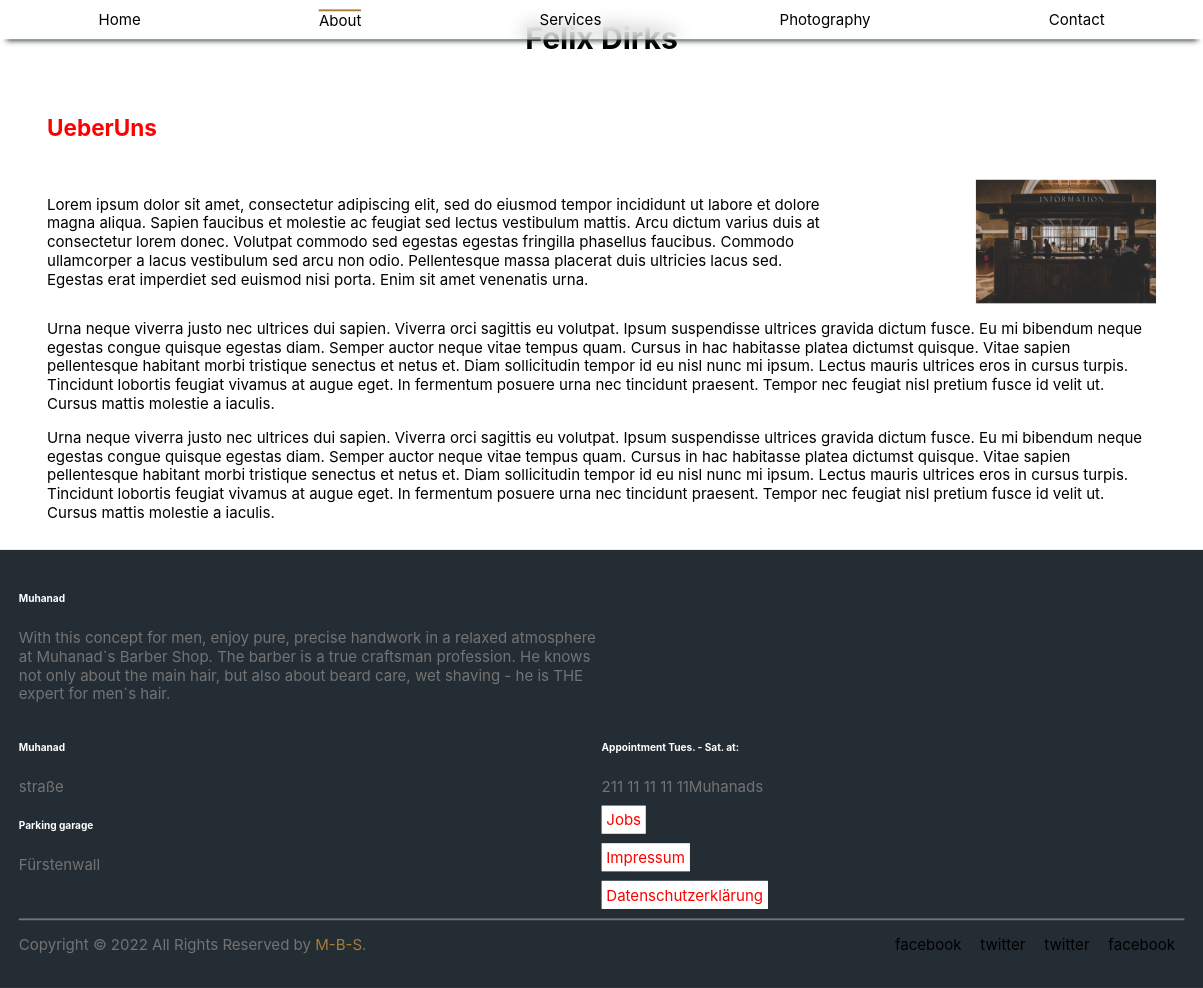
Repository: muhanad-musawi/backend-projekt-frondend
Page: /About (app in pohtographer/)
An editor plug-in stored every save of this project. The page is shown before and after a run of saves, followed by the edit.
The browser window is 1280 px wide. The pictures show the whole page, at 94% of full size.
The project was rebuilt for these pictures with package versions that can differ from the ones it lists, and the page was loaded fresh each time. The framework's server and built-in components were replaced by stand-ins that run in the browser. Also part of the build but not shown: pohtographer/next.config.js.

Above is the page before, as saved 2022-03-27 15:50:12.

### pohtographer/pages/_app.js
import '../styles/globals.css'
import Layout from '../layouts/default'

function MyApp({ Component, pageProps }) {


  const getLayout = Component.getLayout
  || ((page) => (<Layout>{page}</Layout>))

  return  getLayout (<Component {...pageProps} />


  )

}

export default MyApp

### pohtographer/pages/About.jsx

import styles from '../styles/main.module.css'
import Image from 'next/image'
import imgA from '../img/philip-strong-iOBTE2xsYko-unsplash.jpg'


function UeberUns() {
  return (
    <div>

    <div className={styles.mainContent}  >

    <h2 className={styles.hTwo} >UeberUns</h2>

    <div  className={styles.imgText} >
    <p className={styles.text} >Lorem ipsum dolor sit amet, consectetur adipiscing elit, sed do eiusmod tempor incididunt ut labore et dolore magna aliqua. Sapien faucibus et molestie ac feugiat sed lectus vestibulum mattis. Arcu dictum varius duis at consectetur lorem donec. Volutpat commodo sed egestas egestas fringilla phasellus faucibus. Commodo ullamcorper a lacus vestibulum sed arcu non odio. Pellentesque massa placerat duis ultricies lacus sed. Egestas erat imperdiet sed euismod nisi porta. Enim sit amet venenatis urna.
    </p>
    <Image width={192}  height={118} src={imgA} alt="" />
    </div>

    <p  className={styles.text}>Urna neque viverra justo nec ultrices dui sapien. Viverra orci sagittis eu volutpat. Ipsum suspendisse ultrices gravida dictum fusce. Eu mi bibendum neque egestas congue quisque egestas diam. Semper auctor neque vitae tempus quam. Cursus in hac habitasse platea dictumst quisque. Vitae sapien pellentesque habitant morbi tristique senectus et netus et. Diam sollicitudin tempor id eu nisl nunc mi ipsum. Lectus mauris ultrices eros in cursus turpis. Tincidunt lobortis feugiat vivamus at augue eget. In fermentum posuere urna nec tincidunt praesent. Tempor nec feugiat nisl pretium fusce id velit ut. Cursus mattis molestie a iaculis.</p>

    <p className={styles.text}>
    Urna neque viverra justo nec ultrices dui sapien. Viverra orci sagittis eu volutpat. Ipsum suspendisse ultrices gravida dictum fusce. Eu mi bibendum neque egestas congue quisque egestas diam. Semper auctor neque vitae tempus quam. Cursus in hac habitasse platea dictumst quisque. Vitae sapien pellentesque habitant morbi tristique senectus et netus et. Diam sollicitudin tempor id eu nisl nunc mi ipsum. Lectus mauris ultrices eros in cursus turpis. Tincidunt lobortis feugiat vivamus at augue eget. In fermentum posuere urna nec tincidunt praesent. Tempor nec feugiat nisl pretium fusce id velit ut. Cursus mattis molestie a iaculis.
    </p>

  </div>

  </div>
  )
}

export default UeberUns

### pohtographer/styles/globals.css
html,
body {
  padding: 0;
  margin: 0;
  font-family: -apple-system, BlinkMacSystemFont, Segoe UI, Roboto, Oxygen,
    Ubuntu, Cantarell, Fira Sans, Droid Sans, Helvetica Neue, sans-serif;
}

a {
  color: inherit;
  text-decoration: none;
}

* {
  box-sizing: border-box;
}

### pohtographer/layouts/default.jsx

import Header from '../components/Header'

import Footer from '../components/Footer'
import Head from 'next/head'


function Layout ({children}) {
  return (
    <div>
       <Header/>
       <Head>
        <title>my-App</title>
        <meta name="description" content="Generated by create next app" />
        <link rel="icon" href="/favicon.ico" />
      </Head>
      {children}
      <Footer/>
    </div>
  )
}

export default Layout

### pohtographer/styles/main.module.css


.mainContent{
  margin: 30px 50px;
}

.hTwo {
  color: red;
  margin: 40px 0px;
}

.text{
  text-align: left;


}

.imgText{
  display: flex;
  justify-content: space-between;
}

.imgText p {
  width: 70%;
 }

### pohtographer/components/Header.jsx
import Link from 'next/link'
import Image from 'next/image'
import home from '../img/home.svg'
import about from '../img/about.svg'
import service from '../img/service.svg'
import experience from '../img/experience.svg'
import contact from '../img/contact.svg'

import styles from '../styles/Header.module.css'
import { useRouter } from "next/router";



function Header() {

  const router = useRouter();

  return (
    <div className={styles.navbarCenter} >
      <h1 className={styles.logoName}>Felix Dirks</h1>
    <div className={styles.headerLinks}>

        <Link href="/">
          <a className={router.pathname == "/" ? styles.active : ""}><span className={styles.desktopVersion}>Home</span>
        <span className={styles.mobileVersion}>

          <span className={styles.img}> <Image  src={home} alt="home" /></span>


        </span></a>
        </Link>

        <Link href="/About">
          <a className={router.pathname == "/About" ? styles.active : ""}>
          <span className={styles.desktopVersion}>About</span>
        <span className={styles.mobileVersion}>


        <span className={styles.img} ><Image   src={about} alt="about" /></span>

        </span>
          </a>
        </Link>

        <Link href="/Services">
          <a className={router.pathname == "/Services" ? styles.active  : ""}>
          <span className={styles.desktopVersion}>Services</span>
        <span className={styles.mobileVersion}>

          <span className={styles.img}><Image  src={service} alt="service" /></span>


        </span>
          </a>
        </Link>

        <Link href="/Photography">
          <a className={router.pathname == "/Photography" ? styles.active  : ""}>
          <span className={styles.desktopVersion}>Photography</span>
        <span className={styles.mobileVersion}>

          <span className={styles.img} > <Image  src={home} alt="home" /></span>


        </span>
          </a>
        </Link>

        <Link href="/Contact">
          <div className={router.pathname == "/Contact" ? styles.active : ""}>
          <span className={styles.desktopVersion}>Contact</span>

        <span className={styles.mobileVersion}>

          <span className={styles.img} ><Image  src={contact} alt="contact" /></span>

        </span>
          </div>
        </Link>

        </div>

    </div>
  )
}

export default Header

### pohtographer/components/Footer.jsx
import Link from "next/link";
import styles from "../styles/Footer.module.css";

function Footer() {
  return (
    <div className={styles.footer}>

    <div className={styles.startFooter}>
      <div className={styles.conceptText}>
        <h6>Muhanad</h6>
        <p>
          With this concept for men, enjoy pure, precise handwork in a relaxed
          atmosphere at Muhanad`s Barber Shop. The barber is a true craftsman
          profession. He knows not only about the main hair, but also about
          beard care, wet shaving - he is THE expert for men`s hair.
        </p>
      </div>

      <div className={styles.adresseLink}>
        <h6>Muhanad</h6>
        <div>
          <Link href="'">straße</Link>
        </div>
      </div>

      <div className={styles.openingContactDetails}>
        <h6>Appointment Tues. - Sat. at:</h6>
        <div>
          <Link href="'">211 11 11 11 11</Link>
          <Link href="'">Muhanads</Link>
        </div>
      </div>

      <div className={styles.parkingGarage}>
        <h6>Parking garage</h6>
        <div>
          <Link href="'">Fürstenwall</Link>
        </div>
      </div>

      <div className={styles.jobsImpressumDatenschutzerklärungLink}>
      <div><Link href="#1">Jobs</Link></div>
      <div><Link href="#2">Impressum</Link></div>
       <div><Link href="#3">Datenschutzerklärung</Link></div>
      </div>
       </div>


      <div className={styles.endFooter}>

        <div className={styles.copyrightLink}>
          <p>
           Copyright &copy; 2022 All Rights Reserved by
           <span className={styles.link}><Link href="#">  M-B-S</Link></span>.
          </p>
        </div>

        <div className={styles.socialMedia}>
          <ul className={styles.socialMediaUl}>
            <li>
              <Link href="#">facebook</Link>
            </li>
            <li>
              <Link href="#">twitter</Link>
            </li>
            <li>
              <Link href="#">twitter </Link>
            </li>
            <li>
              <Link href="#">facebook</Link>
            </li>
          </ul>
        </div>
      </div>

    </div>
  );
}

export default Footer;

### pohtographer/styles/Header.module.css
/*
$color-white:#ffffff;
$footer-color:#737373;
$color-gold:#a57d38;
$color-dark:#242d34;
*/




.navbarCenter {
  width: 100%;
  display: flex;
  justify-content: center;

}

.headerLinks {
  -webkit-backdrop-filter: blur(10px);
  backdrop-filter: blur(10px);
  background-color: rgba(255, 255, 255, 0.5);

  margin: auto auto;
  padding: 10px;
  margin-bottom: 50px;
  display: flex;
  justify-content: space-around;
  align-items: center;

  border-radius: 40px;
  overflow: hidden;
  position: fixed;
  bottom: 0;
  width: 85%;
}

.mobileVersion {
  display: flex;
  justify-content: center;
  align-items: center;
  visibility: visible;
  border: 1px solid #a57d38;
  border-radius: 60%;
}

.mobileVersion:hover {
  border: 1px solid #a57d38;
  background-color: #242d34;
  border-radius: 60%;
}

.active {
  background-color: #242d34;
  border-radius: 60%;
  border: 2px solid #a57d38;
}

.img {
  width: 40px;
  margin: 5px;
  margin-left: 10px;
  margin-right: 10px;
  margin-top: 10px;
}

.desktopVersion {
  display: none;
  visibility: hidden;
}



@media screen and (min-width: 1024px) {

  .navbarCenter {

    position: sticky;
    overflow: hidden;
    z-index: 2;
    top: 0;

    width: 100%;
  }


  .headerLinks {
    width: 100%;
    -webkit-backdrop-filter: blur(10px);
    backdrop-filter: blur(10px);
    background-color: rgba(255, 255, 255, 0.5);


    justify-content: space-around;
    margin-top: 0px;
    margin-bottom: 0px;
    border-radius: 0;
    bottom: unset;


    -webkit-box-shadow: 0 8px 6px -6px #242d34;
    -moz-box-shadow: 0 8px 6px -6px #242d34;
    box-shadow: 0 8px 6px -6px #242d34;
  }


  .active {

    background-color: initial;
    border-radius: 0;
    border: none;
    border-top: 2px solid #a57d38;
  }

  .mobileVersion {
    display: none;
    visibility: hidden;
  }

  .desktopVersion {


    display: block;
    visibility: visible;
  }




}

### pohtographer/styles/Footer.module.css


.footer {
  width: 100%;
  padding: 20px;
  background-color: rgba(36,45,52,1);
}

.startFooter {
  display: grid;
  grid-template-columns: 1fr;
  grid-template-rows: 1fr;
}

.conceptText h6{
  color: #ffffff;

}

.conceptText p {
  color: #737373;
}

.adresseLink h6{
  color: #ffffff;
}

.adresseLink div{
  color: #737373;
}

.openingContactDetails h6{
  color: #ffffff;
}

.openingContactDetails div{
  color: #737373;
}

.parkingGarage h6{
  color: #ffffff;
}

.parkingGarage div {
  color: #737373;
}

.jobsImpressumDatenschutzerklärungLink  div {
  margin: 10px 0;
  padding: 5px 5px;
  color: red;
  background-color: #ffffff;
  width: max-content;
}


.copyrightLink {
  color: #737373;
  display: flex;

}

.link {
  color: #a57d38;
}

.endFooter {
  width: 100%;
  display: flex;
  justify-content: space-between;
  align-items: center;
  border-top: 2px solid  #737373;
}

.socialMedia {

}

.socialMediaUl {
  list-style: none;
  display: flex;
}

.socialMediaUl li {
  margin: 0 10px
}


@media screen and (min-width: 1024px) {

  .startFooter {
    display: grid;
    grid-template-columns: 1fr 1fr;
    grid-template-rows: 1fr;
  }

  .conceptText {
    grid-column: 1/2;
    grid-row: 1/2;
  }

  .adresseLink {
    grid-column: 1/2;
     grid-row:
  }
}

After the next 2 saves:
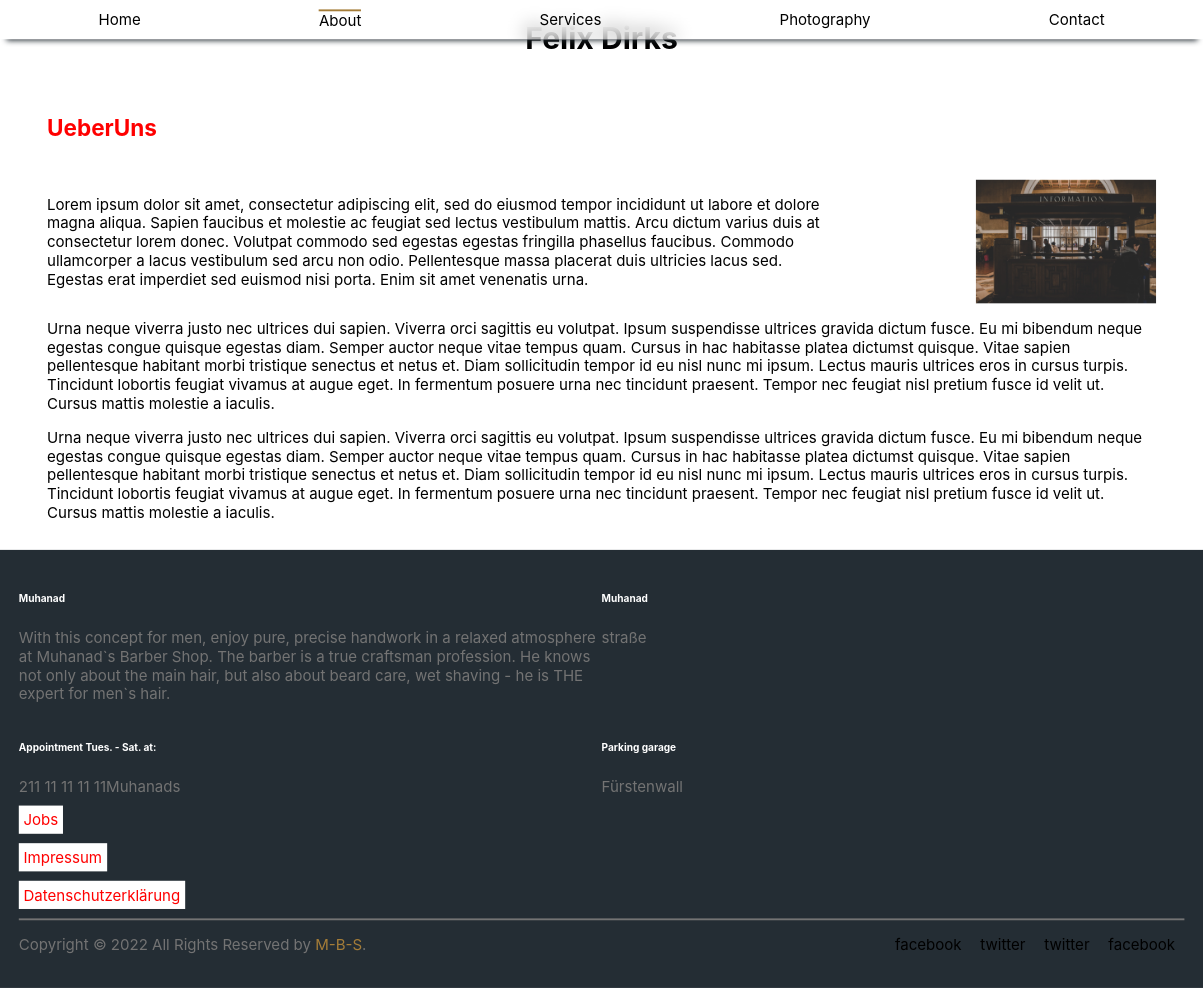
The 2 saves are shown as one change because they came seconds apart.
The last was saved 12 s later.
--- a/pohtographer/styles/Footer.module.css
+++ b/pohtographer/styles/Footer.module.css
@@ -100,7 +100,7 @@
   }
 
   .adresseLink {
-    grid-column: 1/2;
+    grid-column: 2/3;
      grid-row:
   }
 }
